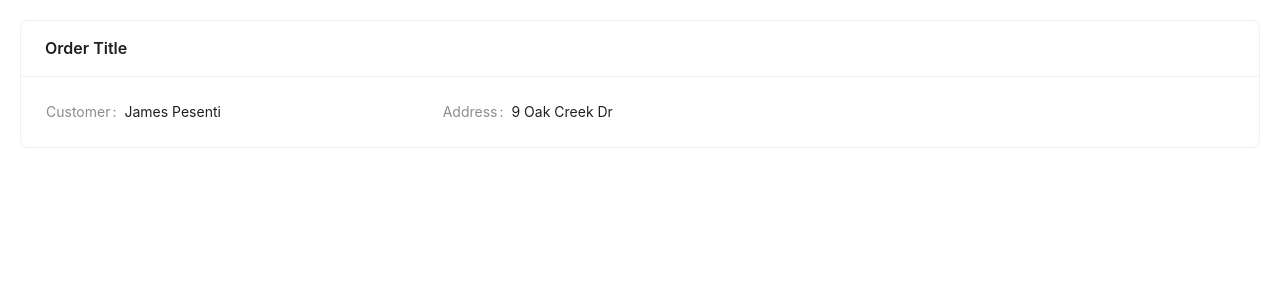
Repository: JamesPesenti/UberEatsDashboard
Page: /
An editor plug-in stored every save of this project. The page is shown before and after the next save, followed by the edit.
The browser window is 1280 px wide. The pictures show the whole page.
The project was rebuilt for these pictures with package versions that can differ from the ones it lists, and the page was loaded fresh each time.

Above is the page before, as saved 2023-02-24 15:36:13.

After the next save:
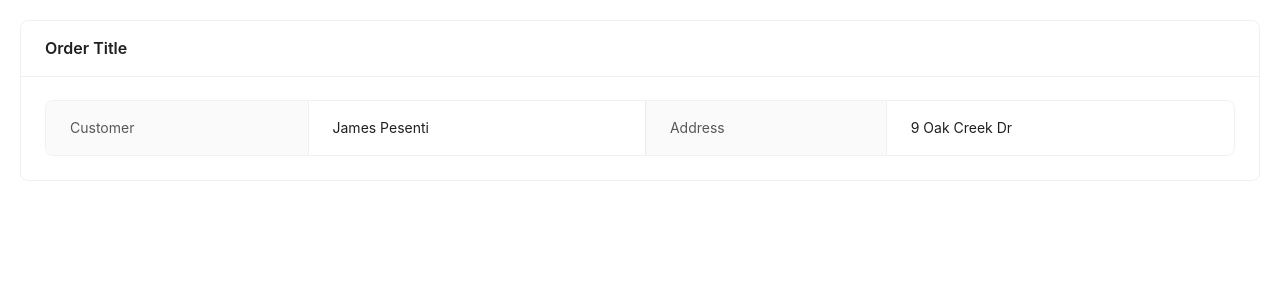
Saved 110 s later.
--- a/src/App.js
+++ b/src/App.js
@@ -6,7 +6,7 @@ function App() {
   return (
     <>
       <Card title={'Order Title'} style={{margin:20}}>
-        <Descriptions>
+        <Descriptions bordered columns={{lg: 1, md: 1, sm: 1}}>
           <Descriptions.Item label="Customer">James Pesenti</Descriptions.Item>
           <Descriptions.Item label="Address">9 Oak Creek Dr</Descriptions.Item>
         </Descriptions>
